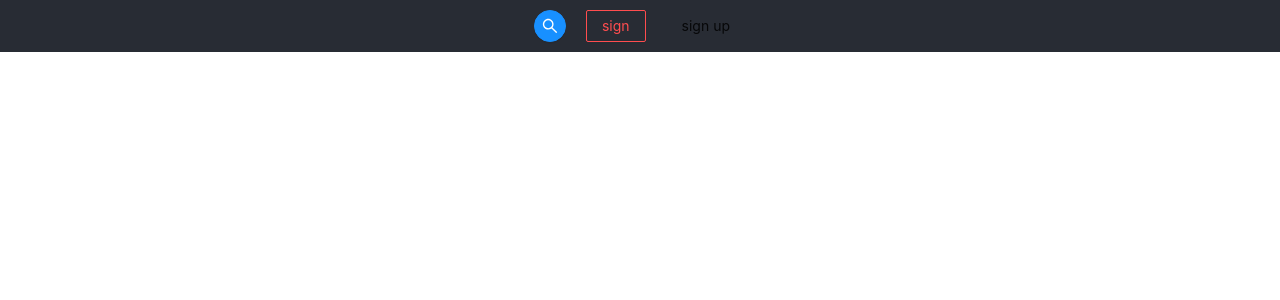
Repository: ErosHai/antd-demo
Page: /
An editor plug-in stored every save of this project. The page is shown before and after the next save, followed by the edit.
The browser window is 1280 px wide. The pictures show the whole page.
The project was rebuilt for these pictures with package versions that can differ from the ones it lists, and the page was loaded fresh each time.

Above is the page before, as saved 2022-04-12 14:05:10.

After the next save:
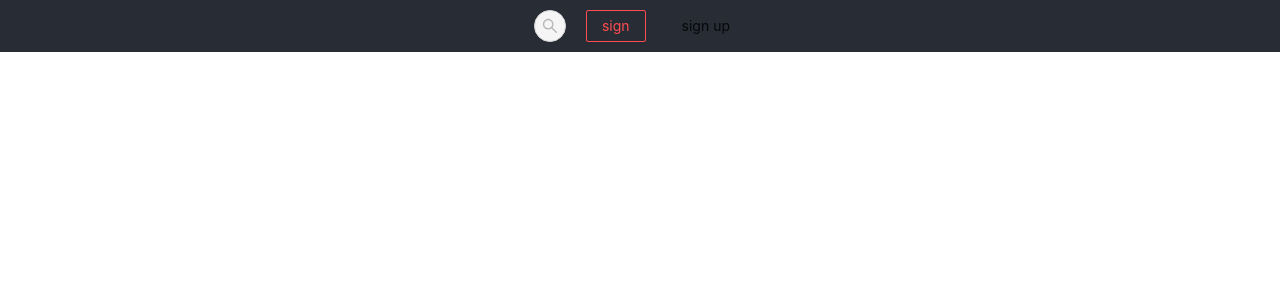
Saved 12 s later.
--- a/src/App.js
+++ b/src/App.js
@@ -5,8 +5,9 @@
 function App() {
 	return (
 		<div className="App">
-			<Tooltip title="search" disabled>
+			<Tooltip title="search">
 				<Button
+					disabled
 					type="primary"
 					shape="circle"
 					icon={<SearchOutlined />}

After the save that followed:
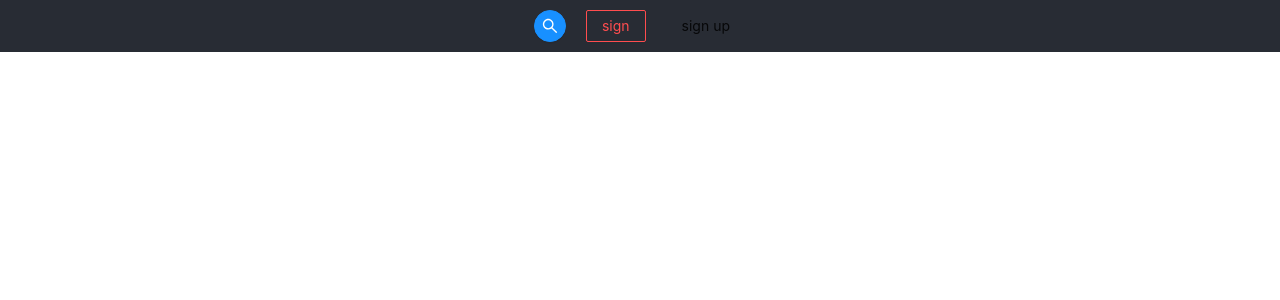
Saved 9 s later.
--- a/src/App.js
+++ b/src/App.js
@@ -7,7 +7,6 @@
 		<div className="App">
 			<Tooltip title="search">
 				<Button
-					disabled
 					type="primary"
 					shape="circle"
 					icon={<SearchOutlined />}
